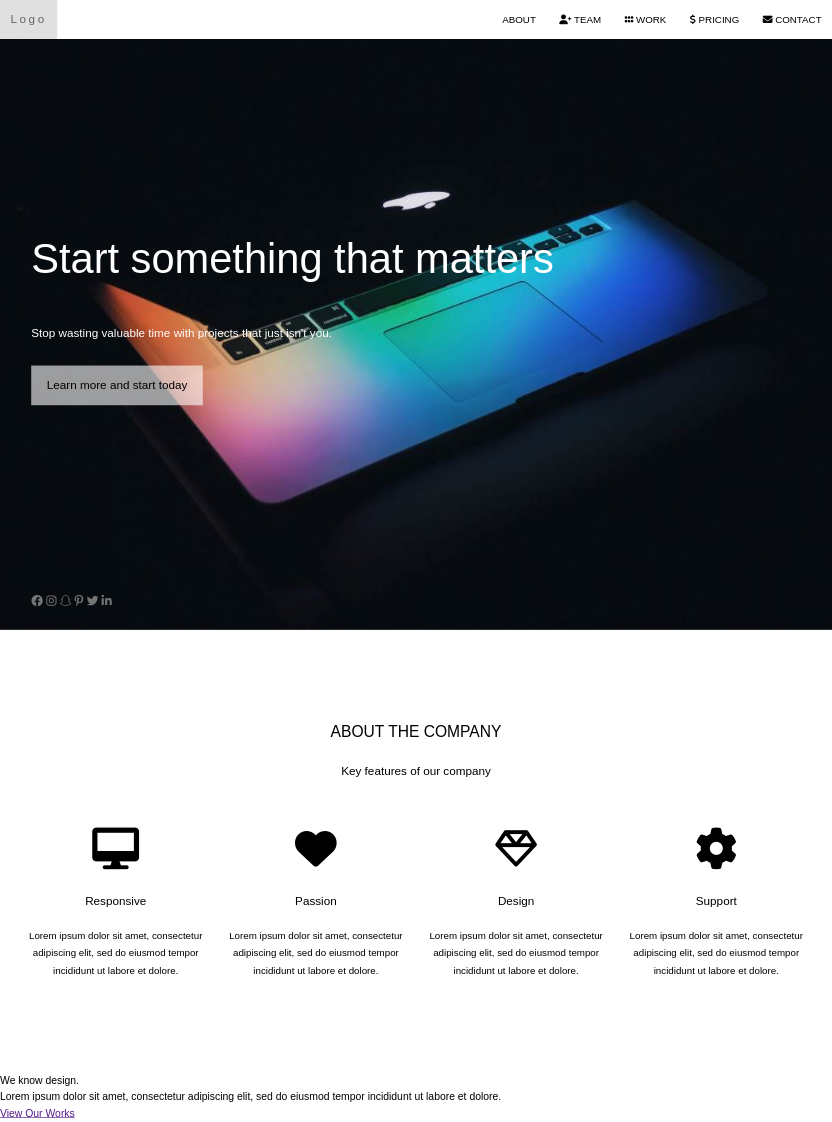
Repository: husterDC/Test
Page: index.html
The author's editor kept a copy of each file at every save. The page is drawn from the files as they stood at one save, then again after the next save.
The browser window is 1280 px wide. The pictures show the whole page, at 65% of full size.

Above is the page before, as saved 2022-10-13 13:20:56.

After the next save:
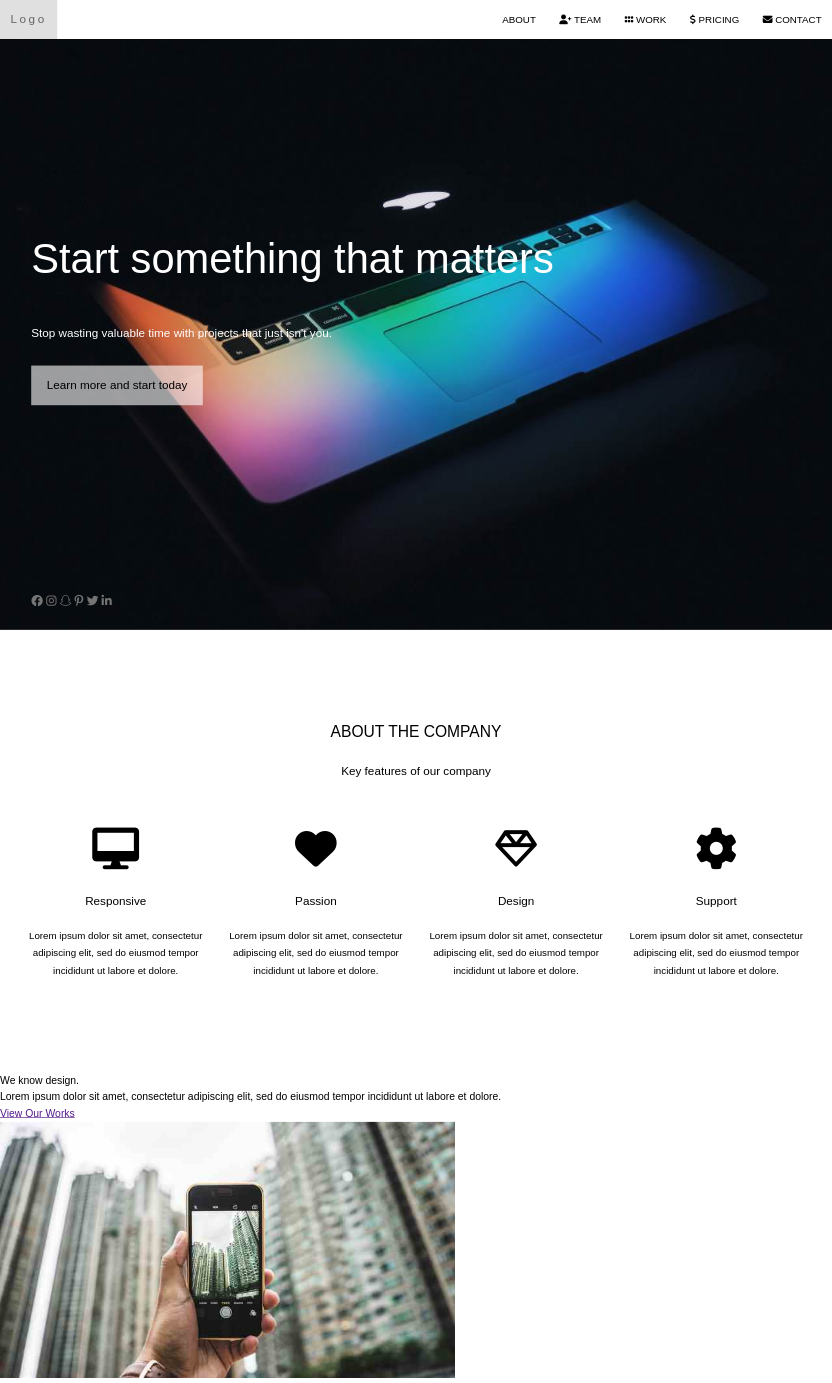
Saved 89 s later.
--- a/index.html
+++ b/index.html
@@ -100,6 +100,9 @@
                 <div class="container_about-sub-dec">Lorem ipsum dolor sit amet, consectetur adipiscing elit, sed do eiusmod tempor incididunt ut labore et dolore.</div>
                 <a href="" class="container_about-btn">View Our Works</a>
             </div>
+            <div class="container_about-right">
+                <img src="./assets/img/phone_buildings.jpg" alt="" class="container_about-img">
+            </div>
         </div>
     </div>
 </body>
